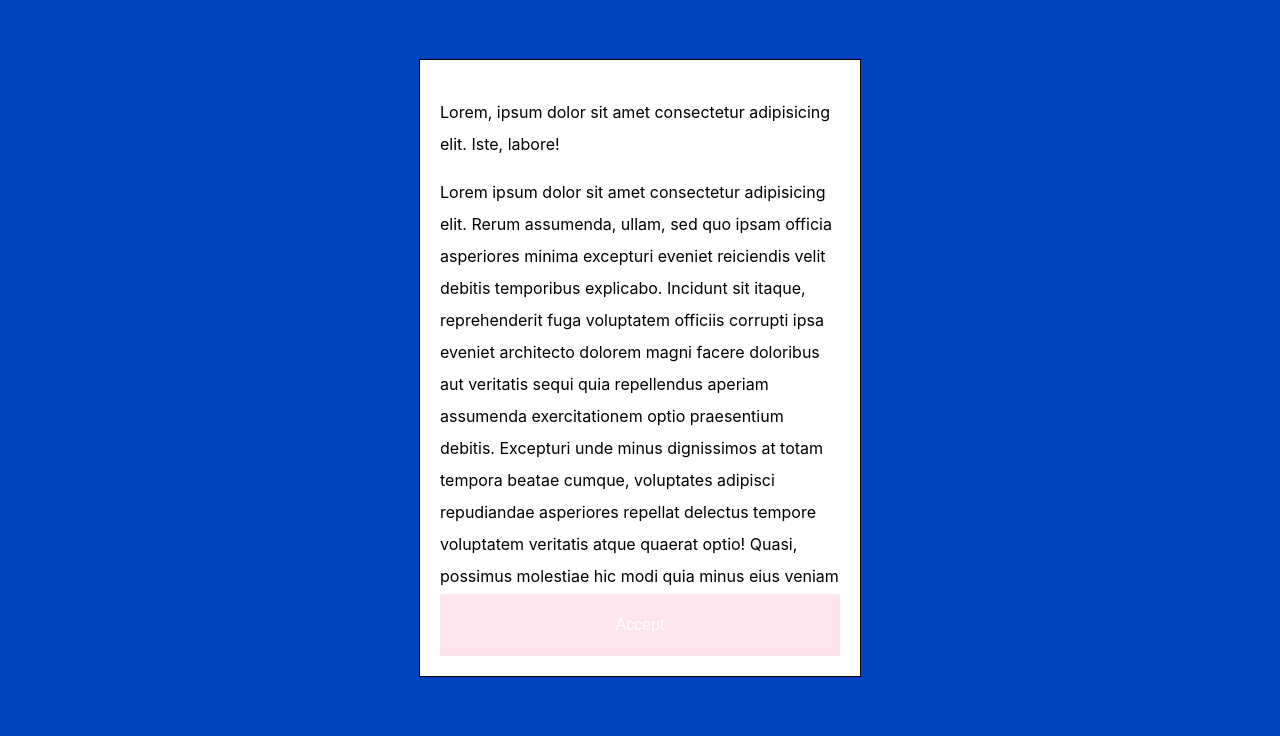
Repository: spidero7/Scroll-To-Accept-Terms
Page: index.html
An editor plug-in stored every save of this project. The page is shown before and after the next save, followed by the edit.
The browser window is 1280 px wide. The pictures show the whole page.

Above is the page before, as saved 2021-09-17 06:33:07.

After the next save:
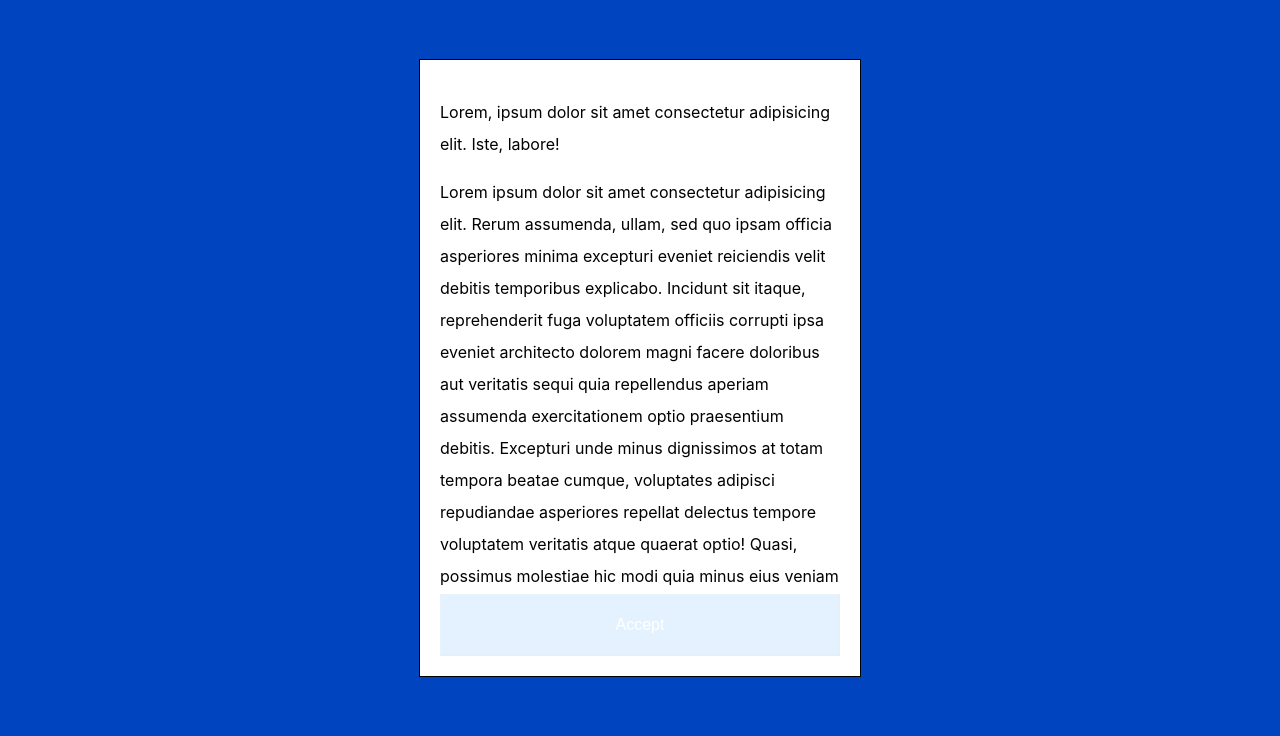
Saved 13 s later.
--- a/style.css
+++ b/style.css
@@ -19,7 +19,7 @@ body {
   }
 
   button {
-    background: #ff0060;
+    background: #008cff;
     color: white;
     font-size: 1rem;
     padding: 20px;
